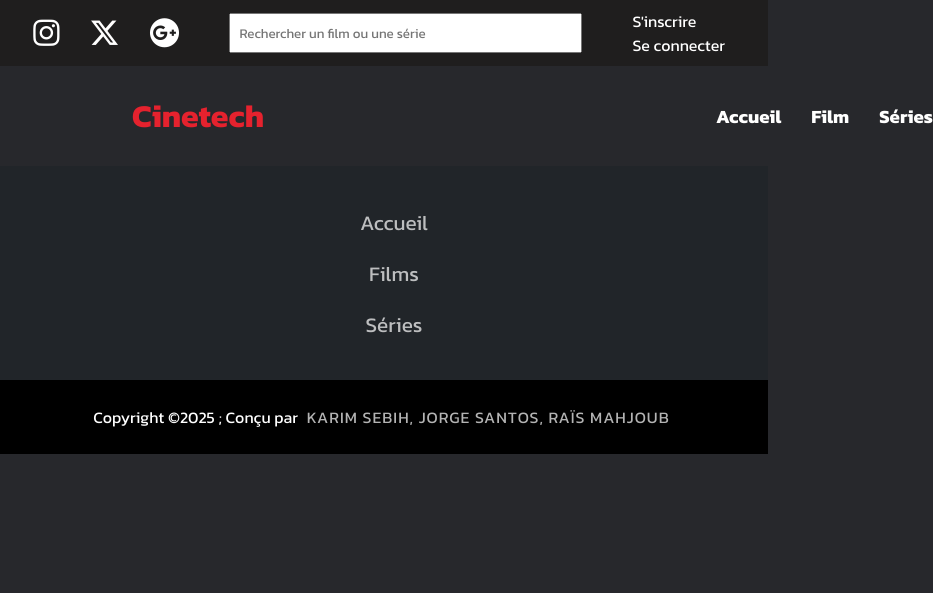
Repository: karim-sebih/cinetech
Page: pages/detail.html
These files come from the project's save history. The page is drawn as it stood at one moment and after the next save; the edit follows.
The browser window is 768 px wide. The page is 933 px wide, so the pictures cover 933 px, including what lies to the right of the window. The pictures show the whole page.
Some web libraries are served in a nearby version.

Above is the page before, as saved 2025-04-24 09:20:14.

After the next save:
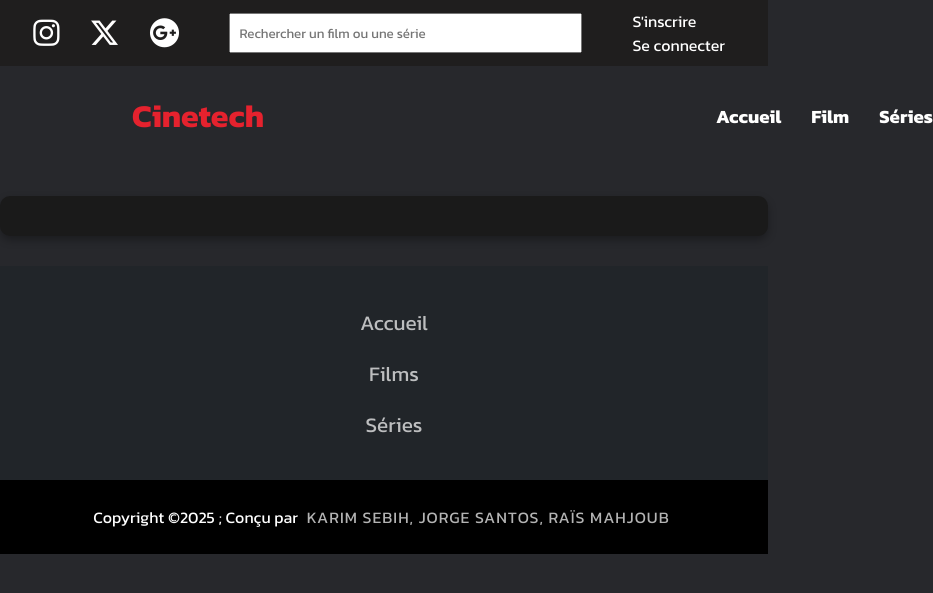
Saved 29 s later.
--- a/styles/detail.css
+++ b/styles/detail.css
@@ -155,7 +155,98 @@ h1 {
 
 }
 
-
+/* Ajouter ces styles à la fin de detail.css */
+
+/* Conteneur principal des détails */
+.details-container {
+  max-width: 1200px;
+  margin: 30px auto;
+  padding: 20px;
+  background-color: #1a1a1a;
+  border-radius: 10px;
+  box-shadow: 0 4px 8px rgba(0, 0, 0, 0.3);
+}
+
+/* Contenu des détails (image + texte) */
+.details-content {
+  display: flex;
+  gap: 30px;
+  flex-wrap: wrap;
+}
+
+/* Affiche */
+.details-poster {
+  width: 300px;
+  height: auto;
+  border-radius: 8px;
+  object-fit: cover;
+}
+
+/* Texte des détails */
+.details-text {
+  flex: 1;
+  display: flex;
+  flex-direction: column;
+  gap: 15px;
+}
+
+.details-text h2 {
+  font-size: 2.2em;
+  color: #e5222e;
+}
+
+.details-text .overview {
+  font-size: 1.1em;
+  line-height: 1.5;
+}
+
+.details-text p {
+  font-size: 1em;
+}
+
+.details-text strong {
+  color: #e5222e;
+}
+
+/* Bouton Ajouter aux favoris */
+.favorite-btn {
+  background-color: #e5222e;
+  color: white;
+  border: none;
+  padding: 10px 20px;
+  border-radius: 5px;
+  cursor: pointer;
+  font-size: 1em;
+  transition: background-color 0.3s ease;
+  width: fit-content;
+}
+
+.favorite-btn:hover {
+  background-color: #c41d27;
+}
+
+/* Message d'erreur */
+.error-message {
+  text-align: center;
+  font-size: 1.2em;
+  color: #ff5555;
+}
+
+/* Responsivité */
+@media (max-width: 768px) {
+  .details-content {
+    flex-direction: column;
+    align-items: center;
+  }
+
+  .details-poster {
+    width: 200px;
+  }
+
+  .details-text h2 {
+    font-size: 1.8em;
+  }
+}
 
 footer {
     padding: 0;
